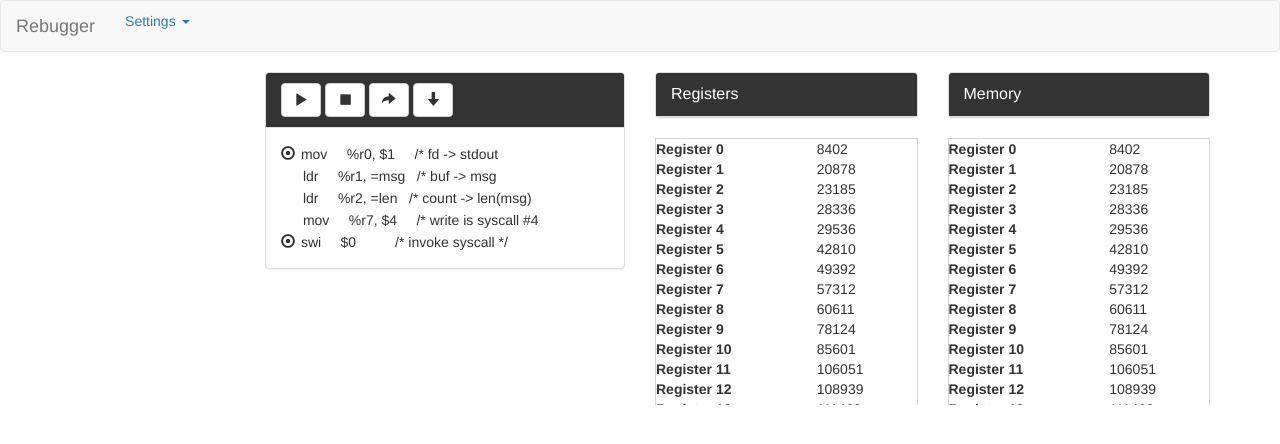
Repository: sadcyclops/Rebugger
Page: Rebugger/WebContent/index.html
These files come from the project's save history. The page is drawn as it stood at one moment and after the next save; the edit follows.
The browser window is 1280 px wide. The pictures show the whole page.
Some web libraries are served in a nearby version.

Above is the page before, as saved 2016-10-08 12:02:30.

### Rebugger/WebContent/index.html
<!DOCTYPE html>
<html>
<head>
<title>Rebugger</title>
<script   src="http://code.jquery.com/jquery-2.2.4.min.js"   integrity="sha256-BbhdlvQf/xTY9gja0Dq3HiwQF8LaCRTXxZKRutelT44="   crossorigin="anonymous"></script>
<link rel="stylesheet" href="https://maxcdn.bootstrapcdn.com/bootstrap/3.3.7/css/bootstrap.min.css" integrity="sha384-BVYiiSIFeK1dGmJRAkycuHAHRg32OmUcww7on3RYdg4Va+PmSTsz/K68vbdEjh4u" crossorigin="anonymous">
<script src="https://maxcdn.bootstrapcdn.com/bootstrap/3.3.7/js/bootstrap.min.js"></script>
<script src="https://ajax.googleapis.com/ajax/libs/angularjs/1.5.8/angular.min.js"></script>
<link rel="stylesheet" href="css/site.css">
<link rel="stylesheet" href="css/sayeef.css">

<script src="js/RebuggerApp.js"></script>
<script src="js/MachineFactory.js"></script>
<script src="js/MemoryController.js"></script>
<script src="js/RegisterController.js"></script>
<script src="js/TextEditorController.js"></script>
<script src="js/CPUInfoController.js"></script>

</head>
<body ng-app="rebuggerApp">
    <div class="navbar navbar-default">
        <a class="navbar-brand" href="#">Rebugger</a>
        <ul class="nav nav-pills">
		  <li role="presentation" class="dropdown">
		    <a class="dropdown-toggle" data-toggle="dropdown" href="#" role="button" aria-haspopup="true" aria-expanded="false">
		      Settings <span class="caret"></span>
		    </a>
		    <ul class="dropdown-menu">
		    <li><a href="#">Decimal</a></li>
            <li><a href="#">Floating Point</a></li>
            <li><a href="#">Hex</a></li>
            <li><a href="#">Binary</a></li>
		    </ul>
		  </li>
		</ul>
    </div>

    <div class="container">
        <div ng-controller='memoryController' class="row">
        	<div class="col-md-2 col-xs-6" ng-include="'partials/CPUInfo.html'">

            </div>
            <!-- Hold the text editor -->
            <div class="col-md-4 col-xs-9" ng-include="'partials/TextEditor.html'">

            </div>

            <div class="col-md-3 col-xs-6" ng-include="'partials/Register.html'">

            </div>

            <div class="col-md-3 col-xs-6" ng-include="'partials/Memory.html'">

            </div>
        </div>
    </div>

</body>
</html>

### Rebugger/WebContent/css/site.css
.panel-default > .panel-heading {
  color: #333;
  background-color: #333333;
  border-color: #ddd;
}
input {
    border: none;
    background: transparent;
}

textarea:focus, input:focus{
    outline: none;
}

.breakpoint {
    cursor:pointer;
}

.breakpoint.not-active:hover  {
    background: #3f3f3f;
}

.active-line {
    border: 1px solid blue;
}

.panelTitle {
    font-size: medium;
    color: white;
}

### Rebugger/WebContent/css/sayeef.css
table {
    width:100%;
    border: 1px solid lightgray;
}

.registerValues {
    text-align: right;
}

.scrollTable {
    overflow: scroll;
    height: 200pt;
}

### Rebugger/WebContent/js/RebuggerApp.js
var rebuggerApp = angular.module("rebuggerApp", []);

### Rebugger/WebContent/js/MachineFactory.js
rebuggerApp.factory('MachineFactory', ['$http', function ($http)    {

    machine = {}


    machine.machine = {
        "lines" : [
            "mov     %r0, $1     /* fd -> stdout",
            "ldr     %r1, =msg   /* buf -> msg ",
            "ldr     %r2, =len   /* count -> len(msg) ",
            "mov     %r7, $4     /* write is syscall #4 ",
            "swi     $0          /* invoke syscall */"
            ],
        "registers" : [
            8402, 20878, 23185, 28336, 29536, 42810, 49392, 57312, 60611, 78124, 85601, 106051, 108939, 111462, 124515, 140942, 142738, 154669, 157276, 161962, 172600, 174513, 175214, 182114, 182944, 193207, 208009, 226715, 240269, 248819, 259633, 261943, 272617, 285868, 311915, 312629, 332842, 332914, 337140, 338883, 342824, 356201, 357603, 358578, 421013, 433499, 448271, 454536, 462644, 465159, 465670, 472260, 472277, 485802, 517417, 531655, 562338, 573452, 577847, 588668, 590153, 606333, 624286, 624908, 628764, 628990, 642657, 643387, 653689, 653730, 667700, 672572, 676811, 703893, 706922, 711297, 715624, 740155, 740949, 778420, 782115, 803549, 819183, 836199, 869611, 880525, 881025, 883453, 886107, 886144, 902432, 907385, 909352, 916562, 949719, 964064, 972782, 998042, 998183, 999753
        ],
        "stack" : [
            3370, 3377, 12742, 20407, 20689, 20843, 31046, 37163, 39994, 55532, 71607, 73135, 79779, 95289, 98991, 100531, 116705, 140784, 147443, 182670, 189807, 227605, 228221, 240952, 242410, 243004, 251521, 279324, 301648, 317016, 320675, 322099, 346361, 350700, 355070, 358589, 360973, 368736, 368973, 372740, 380255, 397414, 430794, 443192, 456159, 463525, 465875, 475976, 496568, 535779, 541992, 542372, 546163, 552362, 558578, 564145, 564508, 564935, 580262, 587262, 602308, 607202, 610881, 618745, 620709, 621749, 647074, 670876, 674108, 685792, 691109, 693489, 695909, 703292, 703828, 716457, 725777, 732962, 734137, 755279, 759576, 765978, 773161, 776022, 806707, 811552, 814699, 825466, 862820, 867323, 887306, 906826, 908120, 918009, 921579, 949614, 966119, 977417, 990177, 992805
        ],
        "heap" : [
            2304, 12226, 30997, 33592, 44689, 49793, 66837, 72015, 73517, 105660, 124805, 143178, 147092, 150119, 163148, 167161, 184629, 211488, 212527, 215841, 228232, 236021, 254792, 262914, 283780, 287557, 290658, 295525, 297622, 303280, 349747, 357541, 416311, 427026, 428388, 436073, 437148, 440776, 447130, 451006, 469741, 474460, 482354, 494669, 501455, 508784, 509599, 527840, 547436, 555215, 576513, 587413, 604218, 604284, 617339, 617637, 624651, 628295, 631736, 639943, 640515, 646312, 647706, 659478, 664569, 672790, 678360, 689565, 702400, 707753, 708811, 712075, 734975, 735295, 765111, 767739, 788762, 791078, 799194, 820192, 826361, 826782, 829000, 837138, 848218, 850298, 872972, 886507, 905885, 908116, 929430, 951461, 959805, 978191, 978862, 981518, 988239, 991358, 993298, 996406
        ],
        "breakpoints" : [
            0,4
        ],
        "currentLine" : 0
    };

    //stop the machine execution
    machine.stop = function()   {

    };

    //load the machine state to the VM and start running
    machine.play = function()   {

    };

    //tell VM to step over the function
    //returns the new state of the machine
    machine.stepOver = function(lineNumber) {

    };

    //tell VM to step into the current instruction
    machine.stepInto = function(lineNumber) {

    };

    return machine;
}]);

### Rebugger/WebContent/js/MemoryController.js
rebuggerApp.controller('memoryController', ['$scope', 'MachineFactory', function($scope, MachineFactory)
{
    $scope.formats = [
        {id : 0, type : "decimal", selected : true},
        {id : 1, type : "hex", selected : false},
        {id : 2, type : "binary", selected : false}
    ];

    $scope.contents = [
        "35391341",
        "391258315",
        "57892634",
        "548375632"
    ]

    //num is always in hex format
    $scope.convertBase = function(num) {
        return num;
    }
}]);

### Rebugger/WebContent/js/RegisterController.js
rebuggerApp.controller('registerController', ['$scope', 'MachineFactory', function($scope, MachineFactory)
{
$scope.registers = MachineFactory.machine.registers;
}]);

### Rebugger/WebContent/js/TextEditorController.js
rebuggerApp.controller('textEditorController', ['$scope', 'MachineFactory', function($scope, MachineFactory)
{

    $scope.lines = MachineFactory.machine.lines;
    $scope.breakpoints = MachineFactory.machine.breakpoints;
    $scope.currentLine = MachineFactory.machine.currentLine;


    //add or remove the breakpoint form the breakpoints array
    $scope.toggleBreakpoint = function (lineNum) {
        $scope.breakpoints.indexOf(lineNum) > -1 ? $scope.breakpoints.splice($scope.breakpoints.indexOf(lineNum), 1) : $scope.breakpoints.push(lineNum);
    }

    $scope.stop = function()    {
        MachineFactory.machine.stop();
    }

    $scope.play = function()    {
        MachineFactory.machine.play();
    }

    $scope.stepOver = function()    {
        MachineFactory.machine.stepOver();
    }

    $scope.stepInto = function()    {
        MachineFactory.machine.stepInto();
    }

}]);

### Rebugger/WebContent/js/CPUInfoController.js
rebuggerApp.controller('CPUInfoController', ['$scope', 'MachineFactory', function($scope, MachineFactory)	{

	$scope.CPUInfo = MachineFactory.machine.CPUInfo;

}]);

### Rebugger/WebContent/partials/CPUInfo.html
<div ng-controller="CPUInfoController">

</div>

### Rebugger/WebContent/partials/TextEditor.html
<div ng-controller='textEditorController'>
    <div class="panel panel-default">
        <div class="panel-heading">
            <div class="btn btn-default" ng-click="play()">
                <span class="glyphicon glyphicon-play button"></span>
            </div>
            <div class="btn btn-default" ng-click="stop()">
                <span class="glyphicon glyphicon-stop button"></span>
            </div>
            <div class="btn btn-default" ng-click="stepOver()">
                <span class="glyphicon glyphicon-share-alt button"></span>
            </div>
            <div class="btn btn-default" ng-click="stepInto()">
                <span class="glyphicon glyphicon-arrow-down "></span>
            </div>

        </div>
        <div class="panel-body" style="max-height:100%;">
            <div ng-repeat="line in lines">
                <div style="display:inline-block" class="breakpoint" ng-click="toggleBreakpoint($index)" ng-class="breakpoints.indexOf($index) > -1 ? 'active' : 'not-active'"><span>
                    <span ng-if="breakpoints.indexOf($index) > -1" class="glyphicon glyphicon-record"></span>
                    <span ng-if="breakpoints.indexOf($index) <= -1" style="margin-right:16px;"></span>
                </div>

                <input type="text" style="width:90%" ng-model="lines[$index]" />
            </div>
        </div>

</div>

### Rebugger/WebContent/partials/Register.html
<div ng-controller='registerController'>
    <div class="panel panel-default">
        <div class="panel-heading">
            <div class="panelTitle">Registers</div>
        </div>
    </div>

<div class = "scrollTable">
    <table>
        <tr ng-repeat="register in registers">
            <td><b>Register {{$index}}</b></td>
            <td>{{register}}</td>
        </tr>
    </table>
    </div>
</div>

### Rebugger/WebContent/partials/Memory.html
<div ng-controller='registerController'>
    <div class="panel panel-default">
        <div class="panel-heading">
            <div class="panelTitle">Memory</div>
        </div>
    </div>

<div class = "scrollTable">
    <table>
        <tr ng-repeat="register in registers">
            <td><b>Register {{$index}}</b></td>
            <td>{{register}}</td>
        </tr>
    </table>
    </div>
</div>

After the next save:
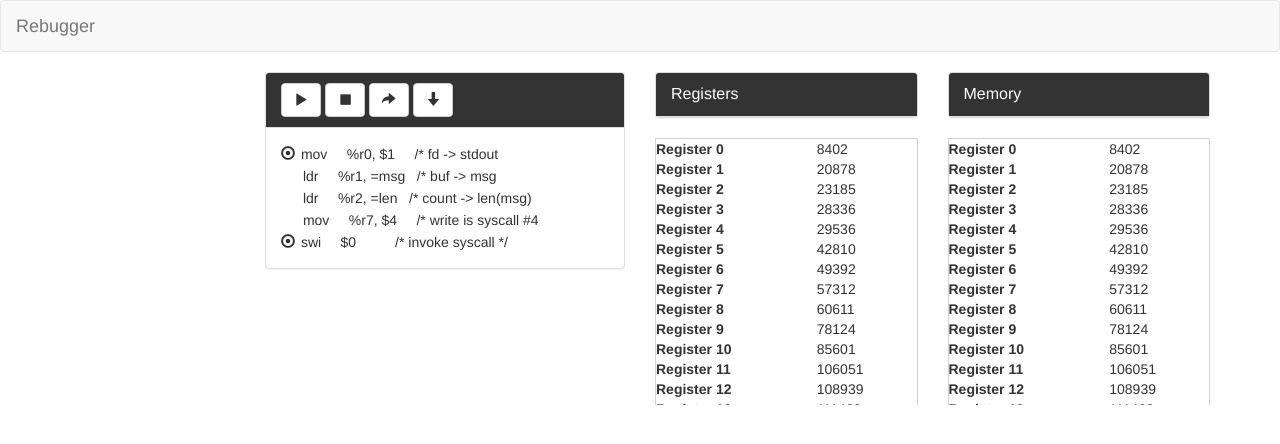
Saved 45 s later.
--- a/Rebugger/WebContent/index.html
+++ b/Rebugger/WebContent/index.html
@@ -20,19 +20,12 @@
 <body ng-app="rebuggerApp">
     <div class="navbar navbar-default">
         <a class="navbar-brand" href="#">Rebugger</a>
-        <ul class="nav nav-pills">
-		  <li role="presentation" class="dropdown">
-		    <a class="dropdown-toggle" data-toggle="dropdown" href="#" role="button" aria-haspopup="true" aria-expanded="false">
-		      Settings <span class="caret"></span>
-		    </a>
-		    <ul class="dropdown-menu">
+        <ul class="dropdown-menu">
 		    <li><a href="#">Decimal</a></li>
             <li><a href="#">Floating Point</a></li>
             <li><a href="#">Hex</a></li>
             <li><a href="#">Binary</a></li>
 		    </ul>
-		  </li>
-		</ul>
     </div>
 
     <div class="container">
